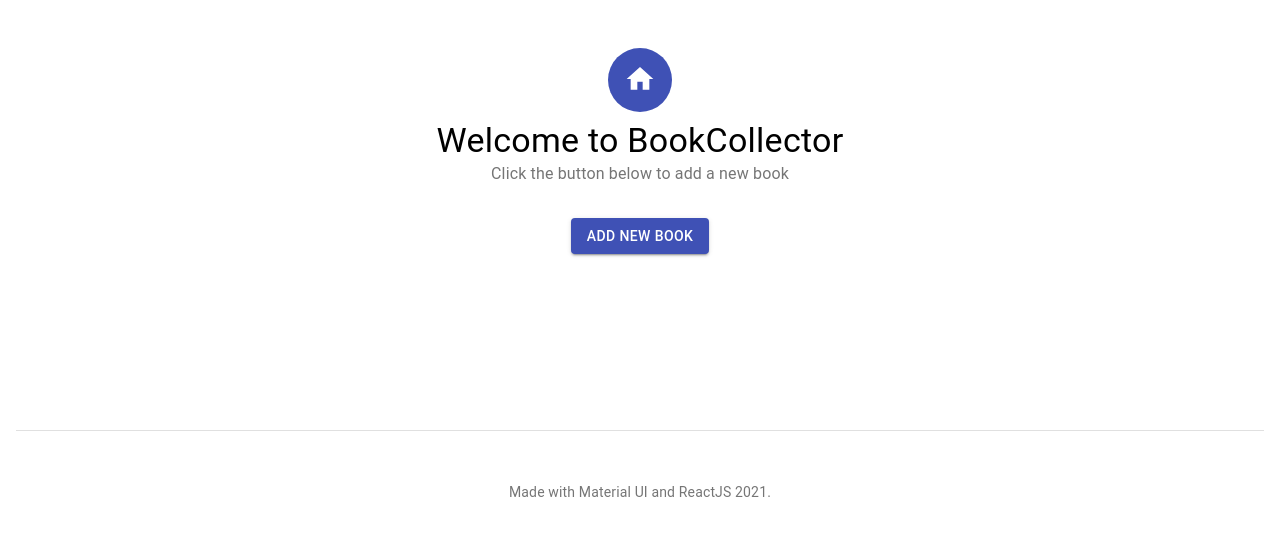
Repository: Colo-Codes/mini-project-react-book-collector
Page: /
The author's editor kept a copy of each file at every save. The page is drawn from the files as they stood at one save, then again after the next save.
The browser window is 1280 px wide. The pictures show the whole page.
The project was rebuilt for these pictures with package versions that can differ from the ones it lists, and the page was loaded fresh each time. Also part of the build but not shown: src/Books/AddBookForm.js, src/Books/BooksGridItem.js.

Above is the page before, as saved 2021-08-25 14:15:30.

After the next save:
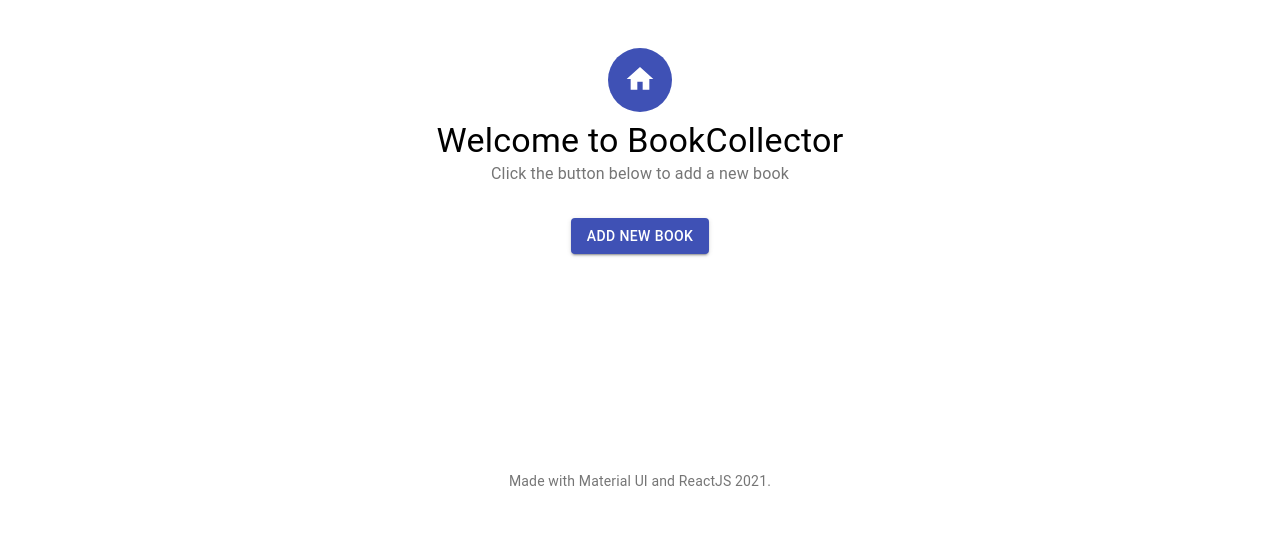
Saved 15 s later.
--- a/src/App.js
+++ b/src/App.js
@@ -59,9 +59,9 @@ function App() {
         {showAddBookForm && <AddBookForm onNewBook={newBookHandler} onHideForm={hideFormHandler} />} {/* Conditional Rendering */}
         {!showAddBookForm && <Header headerIcon={<Home className={classes.icon} />} headerContent={'Welcome to BookCollector'} textContent={'Click the button below to add a new book'} />} {/* Conditional Rendering */}
         {!showAddBookForm && <Button variant="contained" color="primary" onClick={addNewBookHandler} className={classes.button} >Add new book</Button>} {/* Conditional Rendering */}
+        <Divider variant="middle"></Divider>
       </header>
       <main>
-        <Divider variant="middle"></Divider>
         <BooksGrid bookList={bookList} onDeleteBook={deleteBookHandler} />
       </main>
       <footer>
